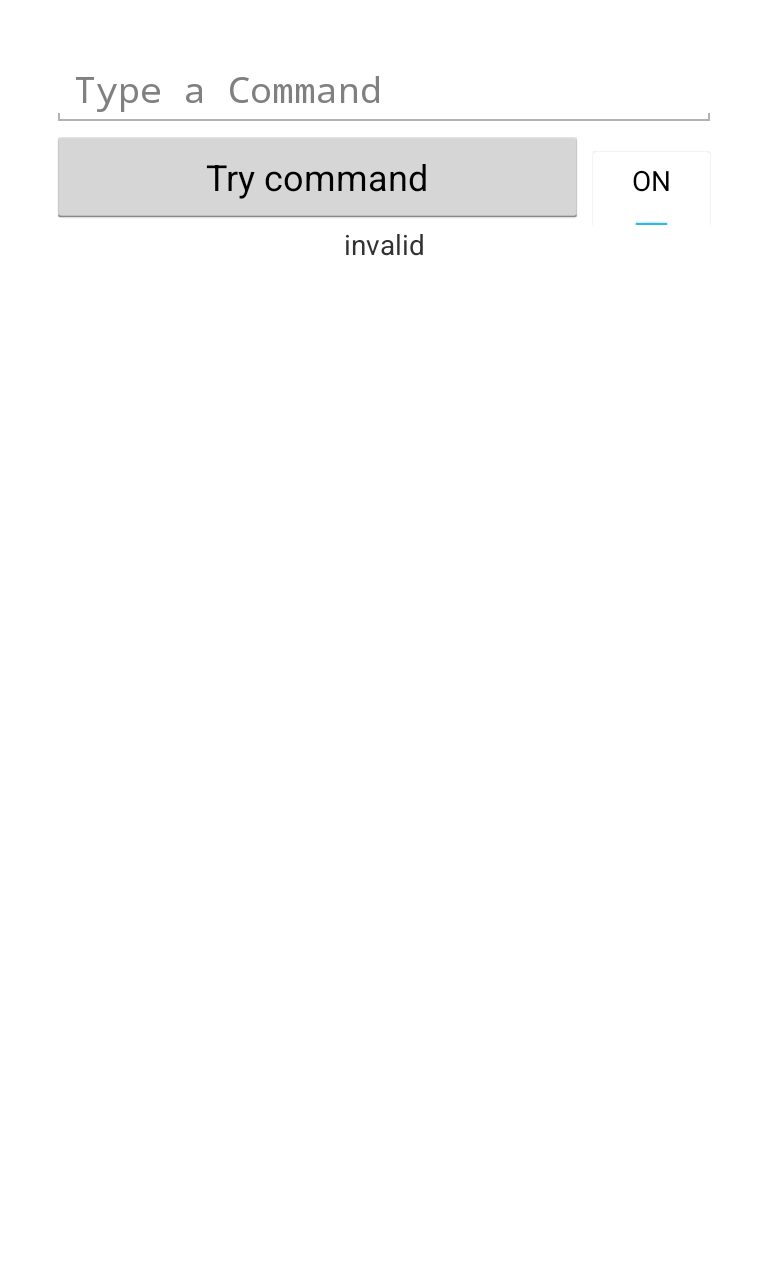
Repository: lcbasu/android
Layout: adt/TheNewBoston/res/layout/text.xml
These files come from the project's save history. The layout is drawn as it stood at one moment and after a run of saves; the edit follows.
It is drawn on a 768 x 1280 px phone screen (xhdpi) without system bars, with theme AppTheme; the app's code is not run.

Above is the layout before, as saved 2014-05-19 17:57:15.

### adt/TheNewBoston/res/layout/text.xml
<?xml version="1.0" encoding="utf-8"?>
<LinearLayout xmlns:android="http://schemas.android.com/apk/res/android"
    android:layout_width="match_parent"
    android:padding="25dp"
    android:layout_height="match_parent"
    android:orientation="vertical" >

    <EditText
        android:id="@+id/etCommands"
        android:layout_width="fill_parent"
        android:layout_height="wrap_content"
        android:hint="Type a Command"
        android:password="true" />

    <LinearLayout
        android:layout_width="fill_parent"
        android:layout_height="wrap_content"
        android:orientation="horizontal"
        android:weightSum="100" >

        <Button
            android:id="@+id/bResults"
            android:layout_width="fill_parent"
            android:layout_height="wrap_content"
            android:layout_weight="20"
            android:gravity="center"
            android:text="Try command" />

        <ToggleButton
            android:id="@+id/tbPassword"
            android:layout_width="fill_parent"
            android:layout_height="wrap_content"
            android:checked="true"
            android:layout_weight="80"
            android:paddingBottom="15dp"
            android:text="ToggleButton" />
    </LinearLayout>

    <TextView
        android:id="@+id/tvResults"
        android:layout_width="fill_parent"
        android:layout_height="wrap_content"
        android:gravity="center"
        android:text="invalid" />

</LinearLayout>

Loaded but not shown: adt/TheNewBoston/res/values/styles.xml (common file); adt/TheNewBoston/res/values-v11/styles.xml (common file); adt/TheNewBoston/res/values-v14/styles.xml (common file)

After the next 3 saves:
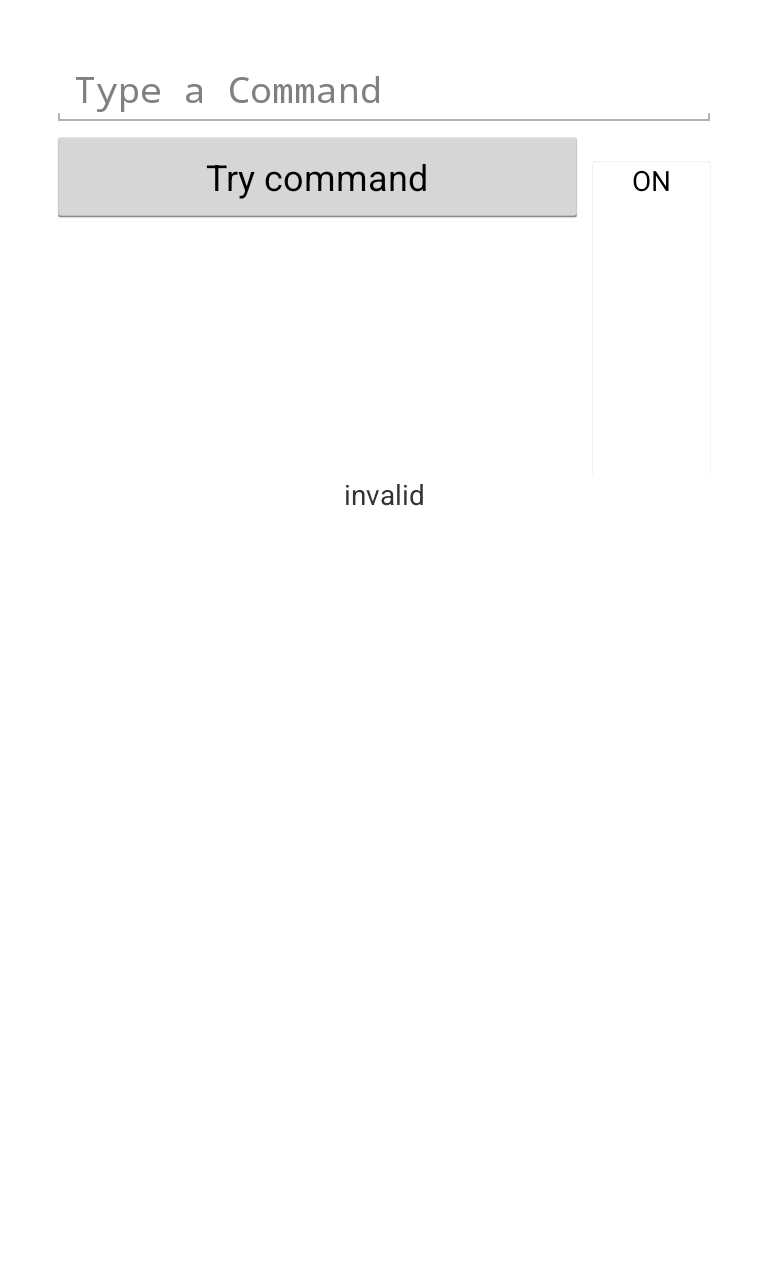
The 3 saves are shown as one change because 2 did not build or start.
The last was saved 113 s later.
--- a/adt/TheNewBoston/res/layout/text.xml
+++ b/adt/TheNewBoston/res/layout/text.xml
@@ -30,9 +30,10 @@
             android:id="@+id/tbPassword"
             android:layout_width="fill_parent"
             android:layout_height="wrap_content"
+
             android:checked="true"
             android:layout_weight="80"
-            android:paddingBottom="15dp"
+            android:paddingBottom="150dp"
             android:text="ToggleButton" />
     </LinearLayout>
 
